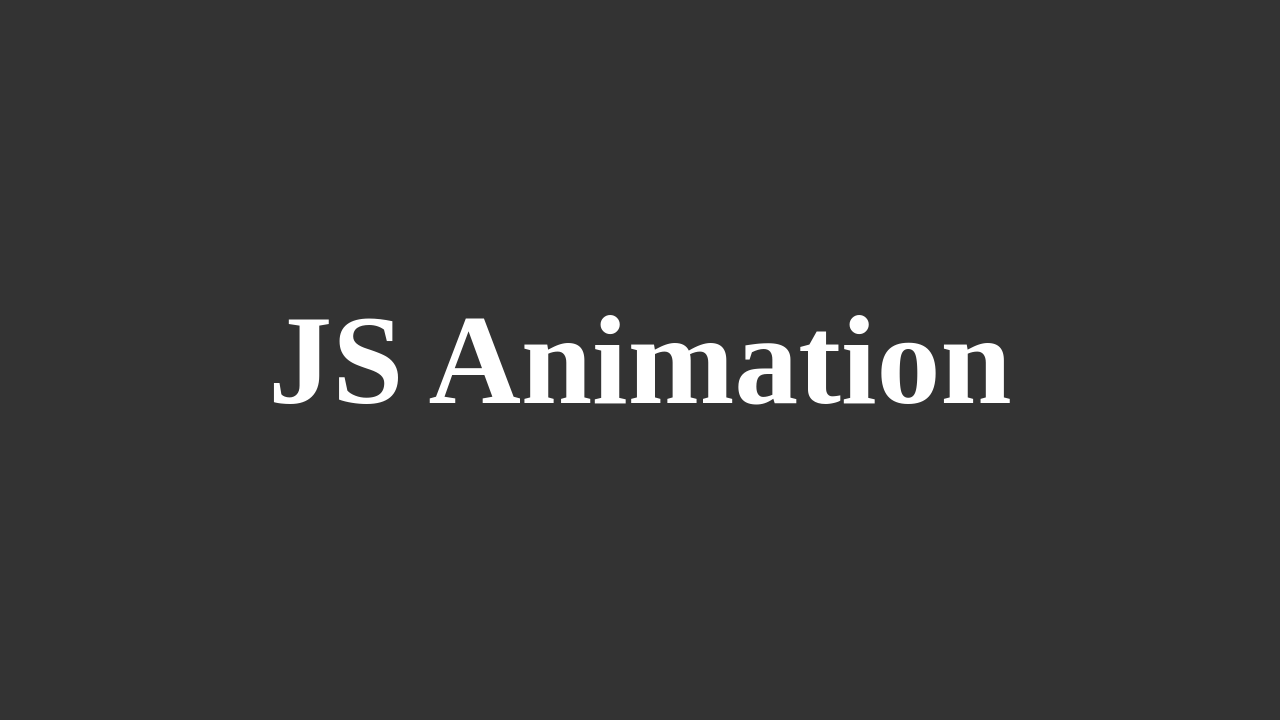
Repository: honghyunAhn/DailyFront
Page: Day210214_CSS_&_Javascript_Background_Animation_Effects/index.html
The author's editor kept a copy of each file at every save. The page is drawn from the files as they stood at one save, then again after the next save.
The browser window is 1280 px wide. The pictures show the whole page.

Above is the page before, as saved 2021-02-15 14:52:39.

After the next save:
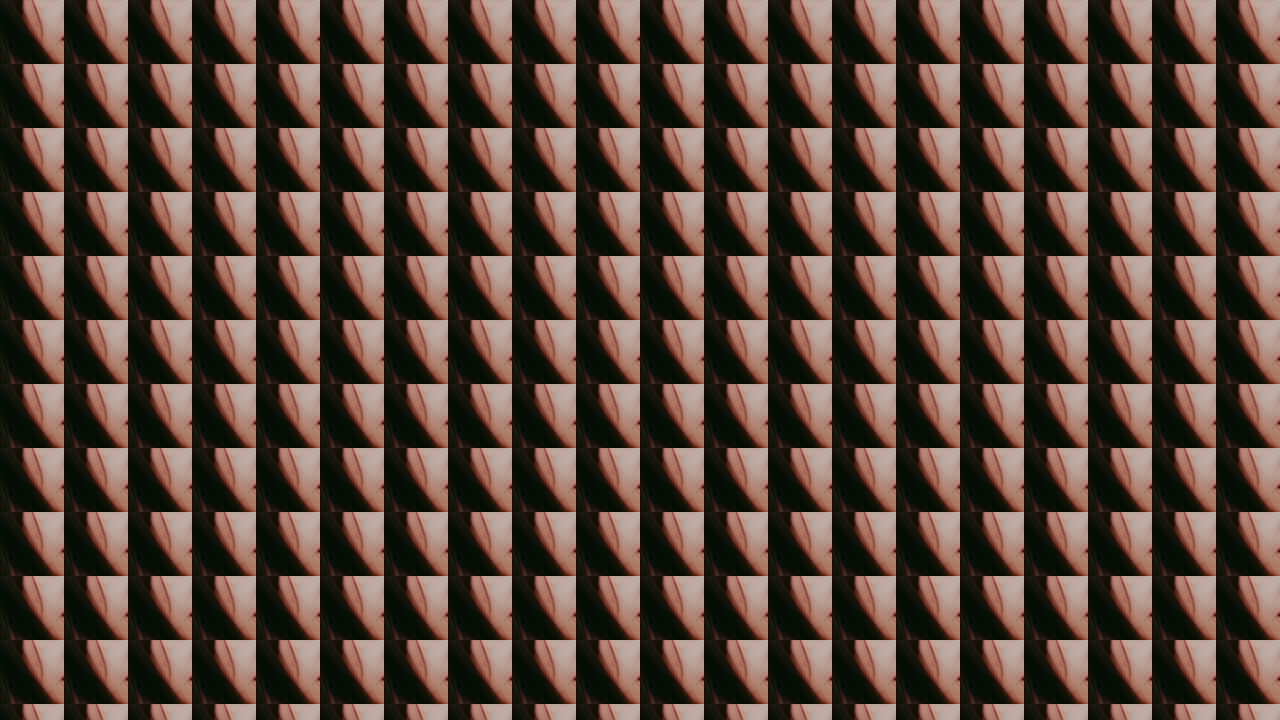
Saved 2 min 48 s later.
--- a/Day210214_CSS_&_Javascript_Background_Animation_Effects/style.css
+++ b/Day210214_CSS_&_Javascript_Background_Animation_Effects/style.css
@@ -44,9 +44,15 @@ section h2 {
   }
   50% {
     opacity: 1;
+    background: url(bg.jpg);
+    background-position: center;
+    background-attachment: fixed;
   }
   100% {
     opacity: 1;
     transform: scale(1) translateY(0px);
+    background: url(bg.jpg);
+    background-position: center;
+    background-attachment: fixed;
   }
 }
